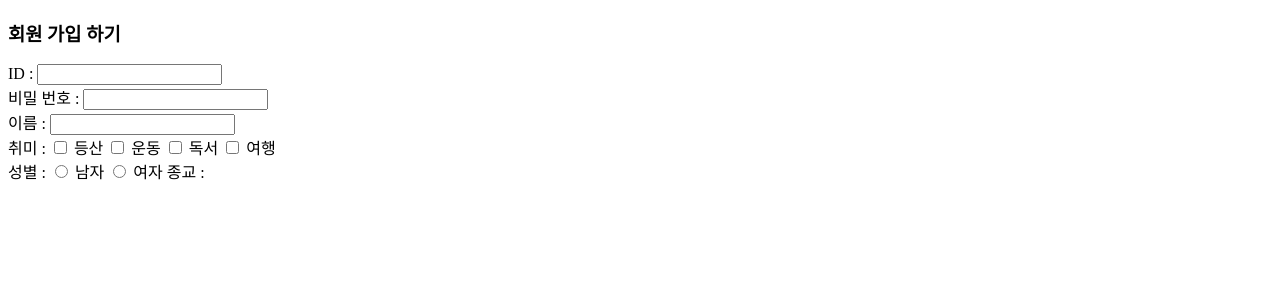
Repository: parkhayoung615/SchoolWebJSP_3
Page: http://localhost/220316/
These files come from the project's save history. The page is drawn as it stood at one moment and after the next save; the edit follows.
The browser window is 1280 px wide. The pictures show the whole page.
The page is served by Tomcat 9.

Above is the page before, as saved 2022-03-16 00:44:29.

### 220316/220316/WebContent/index.jsp
<%@ page language="java" contentType="text/html; charset=UTF-8"
    pageEncoding="UTF-8"%>
<!DOCTYPE html>
<html>
<head>
<meta charset="UTF-8">
<title>Insert title here</title>
</head>
<body>
	<h3>회원 가입 하기</h3>
	<form action="/Test01/member" method="get">
		ID : <input type="text" name="id"> <br>
		비밀 번호 : <input type="password" name="pwd"> <br>
		이름 : <input type="text" name="name"> <br>
		취미 :
		<input type="checkbox" name="hobby" value="climbing"> 등산
		<input type="checkbox" name="hobby" value="sports"> 운동
		<input type="checkbox" name="hobby" value="reading"> 독서
		<input type="checkbox" name="hobby" value="traveling"> 여행
		<br>
		성별 :
		<input type="radio" name="gender" value="male"> 남자
		<input type="radio" name="gender" value="female"> 여자
		종교 :

	</form>
</body>
</html>

After the next save:
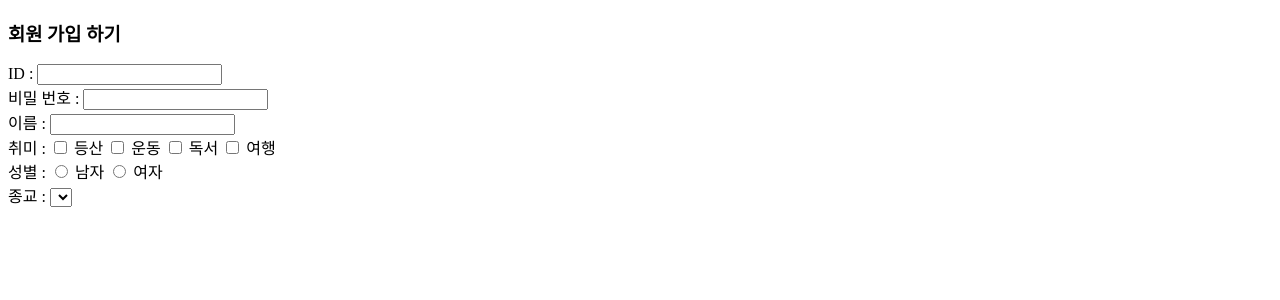
Saved 41 s later.
--- a/220316/220316/WebContent/index.jsp
+++ b/220316/220316/WebContent/index.jsp
@@ -1,5 +1,5 @@
 <%@ page language="java" contentType="text/html; charset=UTF-8"
-    pageEncoding="UTF-8"%>
+	pageEncoding="UTF-8"%>
 <!DOCTYPE html>
 <html>
 <head>
@@ -9,20 +9,18 @@
 <body>
 	<h3>회원 가입 하기</h3>
 	<form action="/Test01/member" method="get">
-		ID : <input type="text" name="id"> <br>
-		비밀 번호 : <input type="password" name="pwd"> <br>
-		이름 : <input type="text" name="name"> <br>
-		취미 :
-		<input type="checkbox" name="hobby" value="climbing"> 등산
-		<input type="checkbox" name="hobby" value="sports"> 운동
-		<input type="checkbox" name="hobby" value="reading"> 독서
-		<input type="checkbox" name="hobby" value="traveling"> 여행
-		<br>
-		성별 :
-		<input type="radio" name="gender" value="male"> 남자
-		<input type="radio" name="gender" value="female"> 여자
-		종교 :
-
+		ID : <input type="text" name="id"> <br> 비밀 번호 : <input
+			type="password" name="pwd"> <br> 이름 : <input type="text"
+			name="name"> <br> 취미 : <input type="checkbox"
+			name="hobby" value="climbing"> 등산 <input type="checkbox"
+			name="hobby" value="sports"> 운동 <input type="checkbox"
+			name="hobby" value="reading"> 독서 <input type="checkbox"
+			name="hobby" value="traveling"> 여행 <br> 성별 : <input
+			type="radio" name="gender" value="male"> 남자 <input
+			type="radio" name="gender" value="female"> 여자 <br> 종교 :
+		<select name="religion">
+			<option>
+		</select>
 	</form>
 </body>
 </html>
